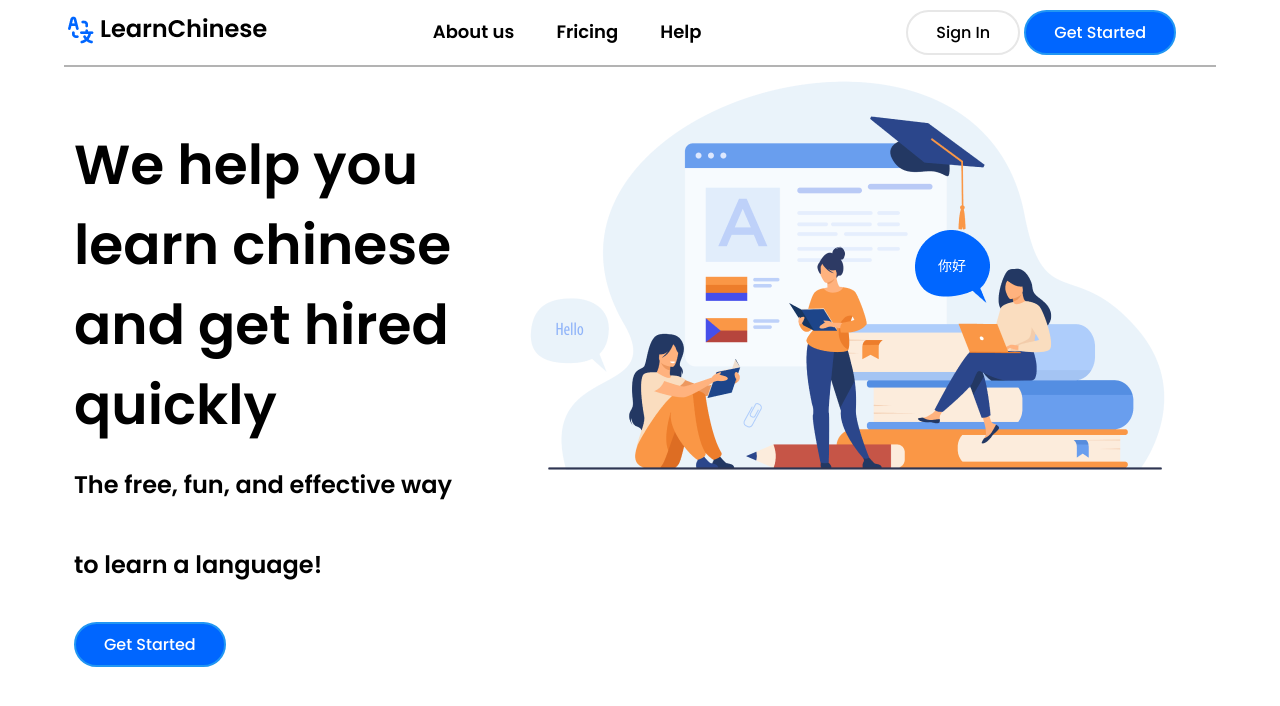
Repository: BinhIT/ChineseLearn
Page: index.html
The author's editor kept a copy of each file at every save. The page is drawn from the files as they stood at one save, then again after the next save.
The browser window is 1280 px wide. The pictures show the whole page.

Above is the page before, as saved 2023-03-01 10:13:07.

After the next save:
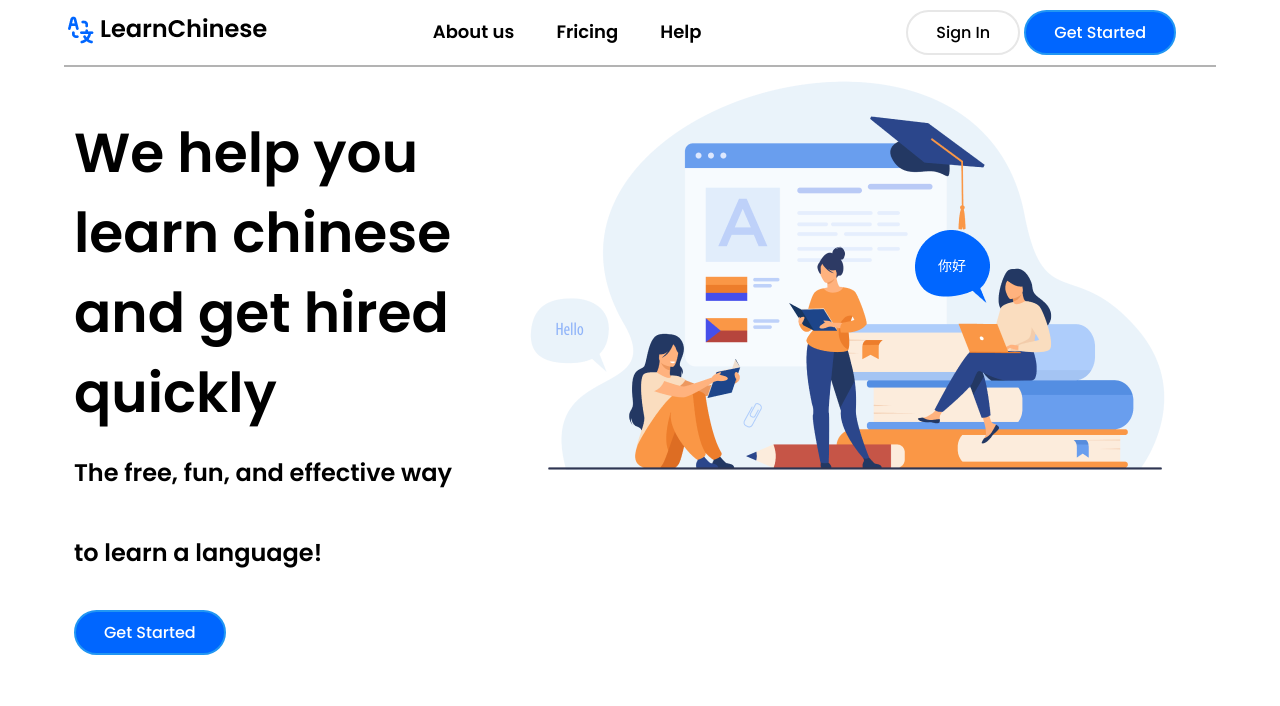
Saved 45 s later.
--- a/css/section.css
+++ b/css/section.css
@@ -13,7 +13,7 @@
 }
 
 .hero-col1 {
-    padding-top: 5%;
+    padding-top: 4%;
     line-height: 5em;
 }
 
